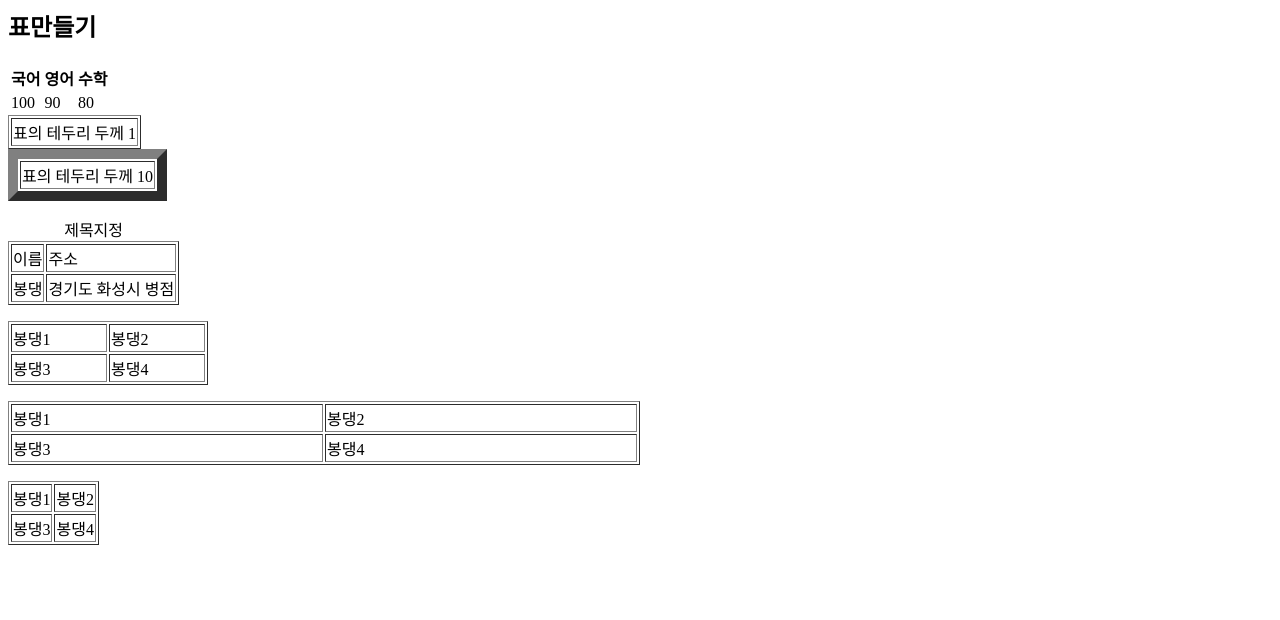
Repository: kisunssong/jsp
Page: http://localhost/test/table.jsp
The author's editor kept a copy of each file at every save. The page is drawn from the files as they stood at one save, then again after the next save.
The browser window is 1280 px wide. The pictures show the whole page.
The page is served by Tomcat 9.

Above is the page before, as saved 2020-10-28 14:07:13.

After the next save:
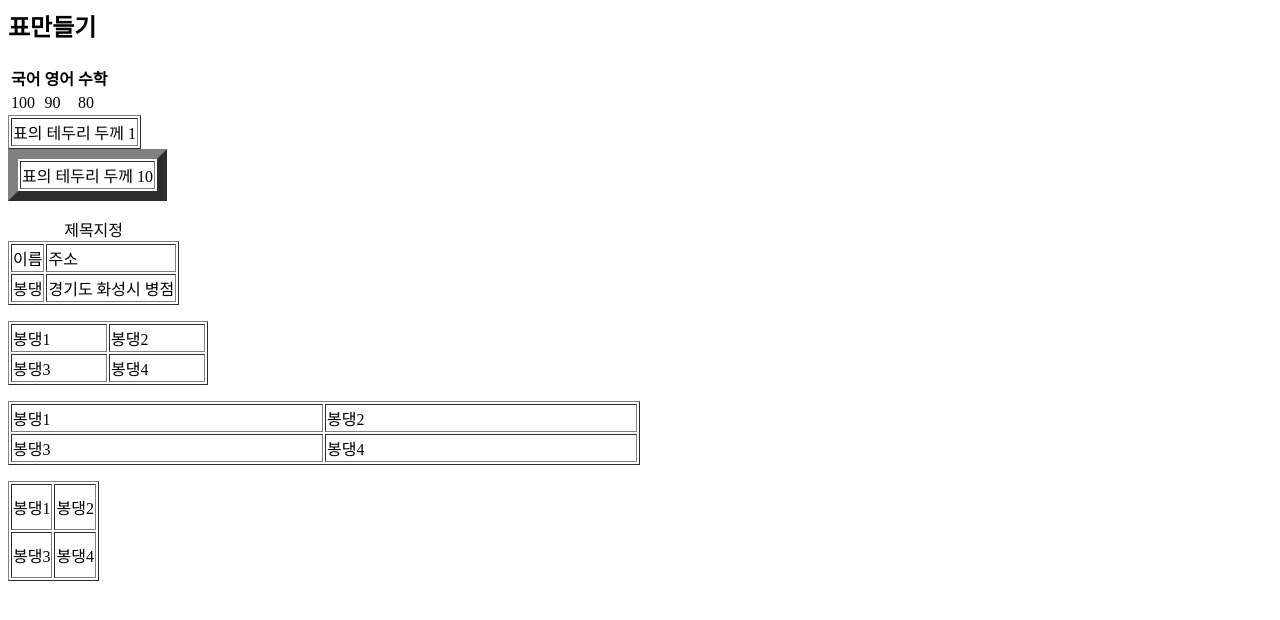
Saved 8 s later.
--- a/test/WebContent/table.jsp
+++ b/test/WebContent/table.jsp
@@ -38,7 +38,7 @@
 <TR><TD>봉댕3<TD>봉댕4</TR>
 </TABLE><P>
 
-<TABLE BORDER="1" HEIGHT="10">
+<TABLE BORDER="1" HEIGHT="100">
 <TR><TD>봉댕1<TD>봉댕2</TR>
 <TR><TD>봉댕3<TD>봉댕4</TR>
 </TABLE>
